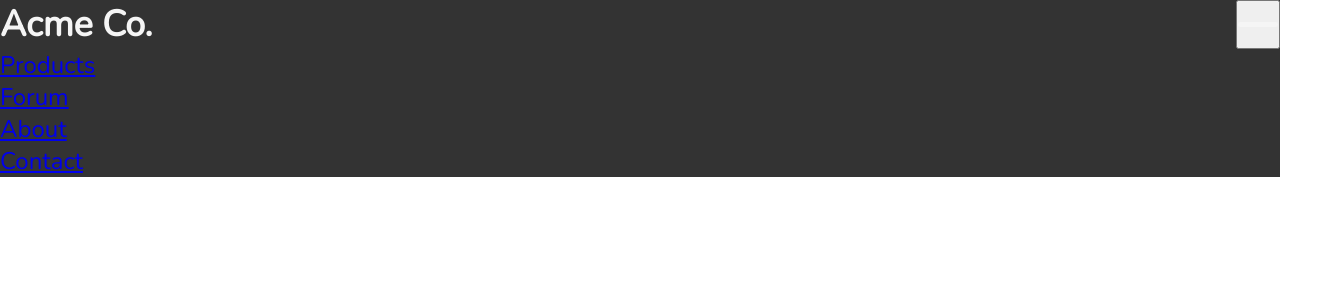
Repository: JavaProgrammerFromEastEurope/project-css-full-tutorial
Page: 22_lesson/menu.html
The author's editor kept a copy of each file at every save. The page is drawn from the files as they stood at one save, then again after a run of saves.
The browser window is 1280 px wide. The page is 1280 px wide, then 1318 px, so the pictures cover 1318 px, including what lies to the right of the window. The pictures show the whole page.

Above is the page before, as saved 2023-04-07 15:04:05.

After the next 3 saves:
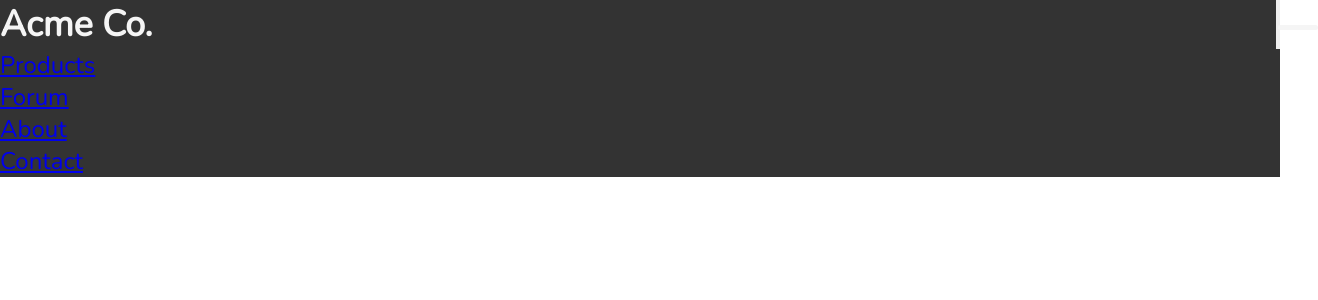
The 3 saves are shown as one change because they came seconds apart.
The last was saved 10 s later.
--- a/22_lesson/css/menu.css
+++ b/22_lesson/css/menu.css
@@ -52,5 +52,6 @@
 	width: 40px;
 	height: 5px;
 	border-radius: 5px;
-
+	position: absolute;
+	transition
 }
